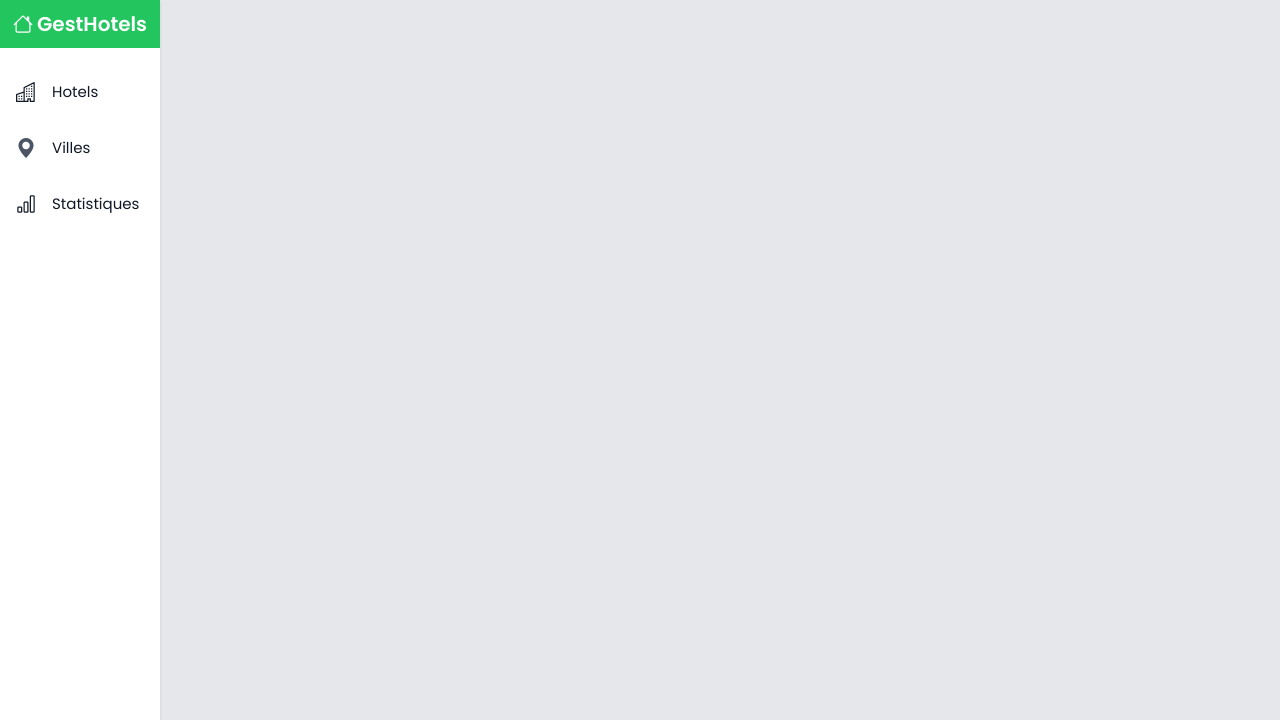
Repository: yahyamourid/GestHotelsEJB
Page: http://localhost/ISICEJBWeb/sidBar.jsp
These files come from the project's save history. The page is drawn as it stood at one moment and after the next save; the edit follows.
The browser window is 1280 px wide. The pictures show the whole page.
Some web libraries are served in a nearby version. The page is served by Tomcat 10. Nobody is signed in. The application's start-up code is not run. Other server files are loaded and not shown.

Above is the page before, as saved 2023-12-01 16:02:35.
Console error: TypeError: Cannot read properties of null (reading 'classList')

### ISICEJBWeb/src/main/webapp/sidBar.jsp
<%@page import="java.util.regex.Matcher"%>
<%@page import="java.util.regex.Pattern"%>
<%@ page language="java" contentType="text/html; charset=ISO-8859-1" pageEncoding="ISO-8859-1"%>


<!DOCTYPE html>
<html lang="en">

    <head>
        <meta charset="UTF-8">
        <meta http-equiv="X-UA-Compatible" content="IE=edge">
        <meta name="viewport" content="width=device-width, initial-scale=1.0">
        <title>sidebar</title>
        <script src="https://cdn.tailwindcss.com"></script>
        <!-- <script src="./tailwind3.js"></script> -->
        <link href="https://fonts.googleapis.com/css2?family=Poppins:wght@200;300;400;500;600;800&display=swap"
              rel="stylesheet">
        <link rel="stylesheet" href="https://cdn.jsdelivr.net/npm/bootstrap-icons@1.7.2/font/bootstrap-icons.css">

    </head>

    <body class=" font-[Poppins] bg-gray-200 ">
        <%
    String url = request.getRequestURL().toString();
    Pattern pattern = Pattern.compile("[^/]+\\.jsp");
    Matcher matcher = pattern.matcher(url);

    String nomFichierJSP = "";
    if (matcher.find()) {
        nomFichierJSP = matcher.group();
    }


%>

        <div class="sidebar  fixed top-0 bottom-0 lg:left-0 left-[-300px] duration-1000
               w-[160px] overflow-y-auto text-center  bg-white shadow h-screen">


            <div class=" text-xl">
                <div class="p-2.5  flex justify-center items-center  mb-5 bg-green-500 ">
                    <i class="bi bi-house text-white"></i>
                    <h1 class="ml-1 text-xl text-white font-semibold">GestHotels</h1>
                </div>

                <div >

                    <div  class="p-2.5 mt-2 flex items-center  rounded-md px-4 <%if (nomFichierJSP.equals("hotel.jsp")){%>bg-sky-600 <%}%> duration-300  cursor-pointer  hover:bg-sky-600">
                        <i class="bi bi-building text-gray-900"></i>
                        <span class="text-[15px] ml-4 text-gray-900 "><a href="hotel.jsp">Hotels</a></span>
                    </div>

                    <div class="p-2.5 mt-2 flex items-center rounded-md px-4 <%if (nomFichierJSP.equals("ville.jsp")){%>bg-sky-600 <%}%>duration-300 cursor-pointer  hover:bg-sky-600">
                        <i class="bi bi-geo-alt-fill text-gray-600"></i>
                        <span class="text-[15px] ml-4 text-gray-900"><a href="ville.jsp">Villes</a></span>
                    </div>
                    <div class="p-2.5 mt-2 flex items-center rounded-md px-4 <%if (nomFichierJSP.equals("ville.jsp")){%>bg-sky-600 <%}%>duration-300 cursor-pointer  hover:bg-sky-600">
                        <i class="bi bi-bar-chart text-gray-900"></i>
                        <span class="text-[15px] ml-4 text-gray-900"><a href="ville.jsp">Statistiques</a></span>
                    </div>
                </div>
            </div>
        </div>

        <script>
            function dropDown() {
                document.querySelector('#submenu').classList.toggle('hidden')
                document.querySelector('#arrow').classList.toggle('rotate-0')
            }
            dropDown()

            function Openbar() {
                document.querySelector('.sidebar').classList.toggle('left-[-300px]')
            }
        </script>


    </body>

</html>

After the next save:
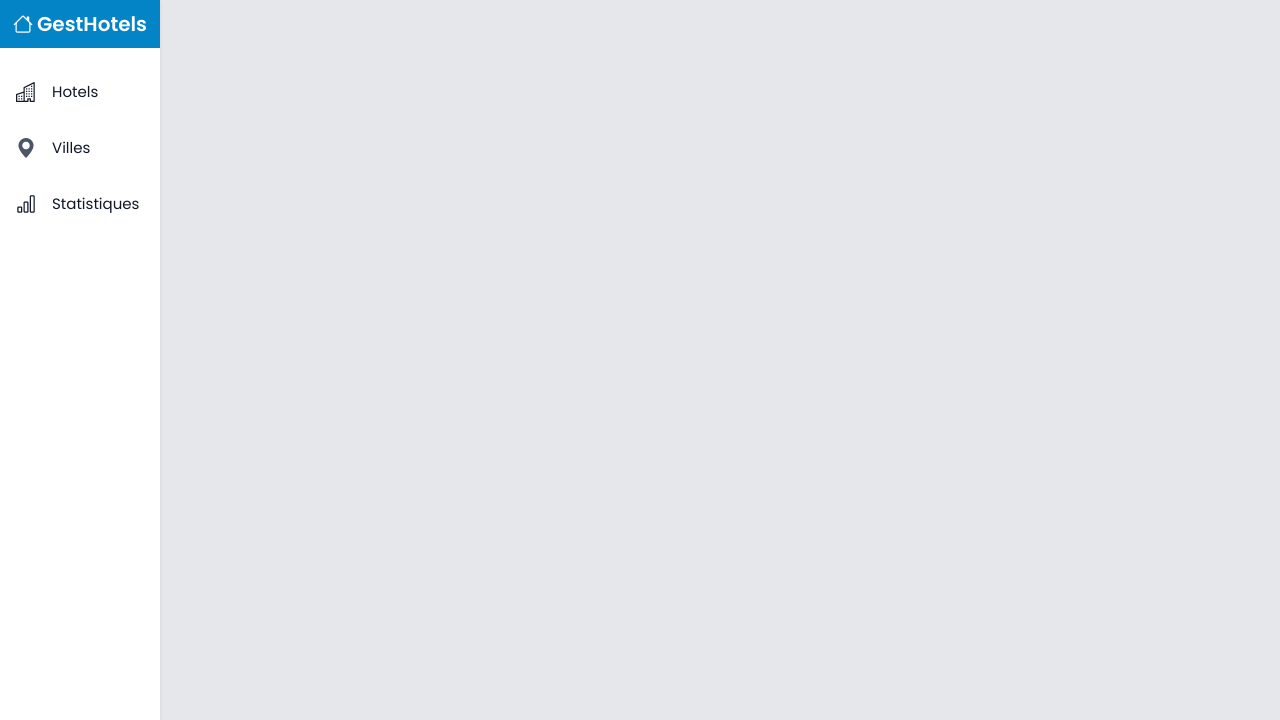
Saved 20 s later.
--- a/ISICEJBWeb/src/main/webapp/sidBar.jsp
+++ b/ISICEJBWeb/src/main/webapp/sidBar.jsp
@@ -38,7 +38,7 @@
 
 
             <div class=" text-xl">
-                <div class="p-2.5  flex justify-center items-center  mb-5 bg-green-500 ">
+                <div class="p-2.5  flex justify-center items-center  mb-5 bg-sky-600 ">
                     <i class="bi bi-house text-white"></i>
                     <h1 class="ml-1 text-xl text-white font-semibold">GestHotels</h1>
                 </div>
